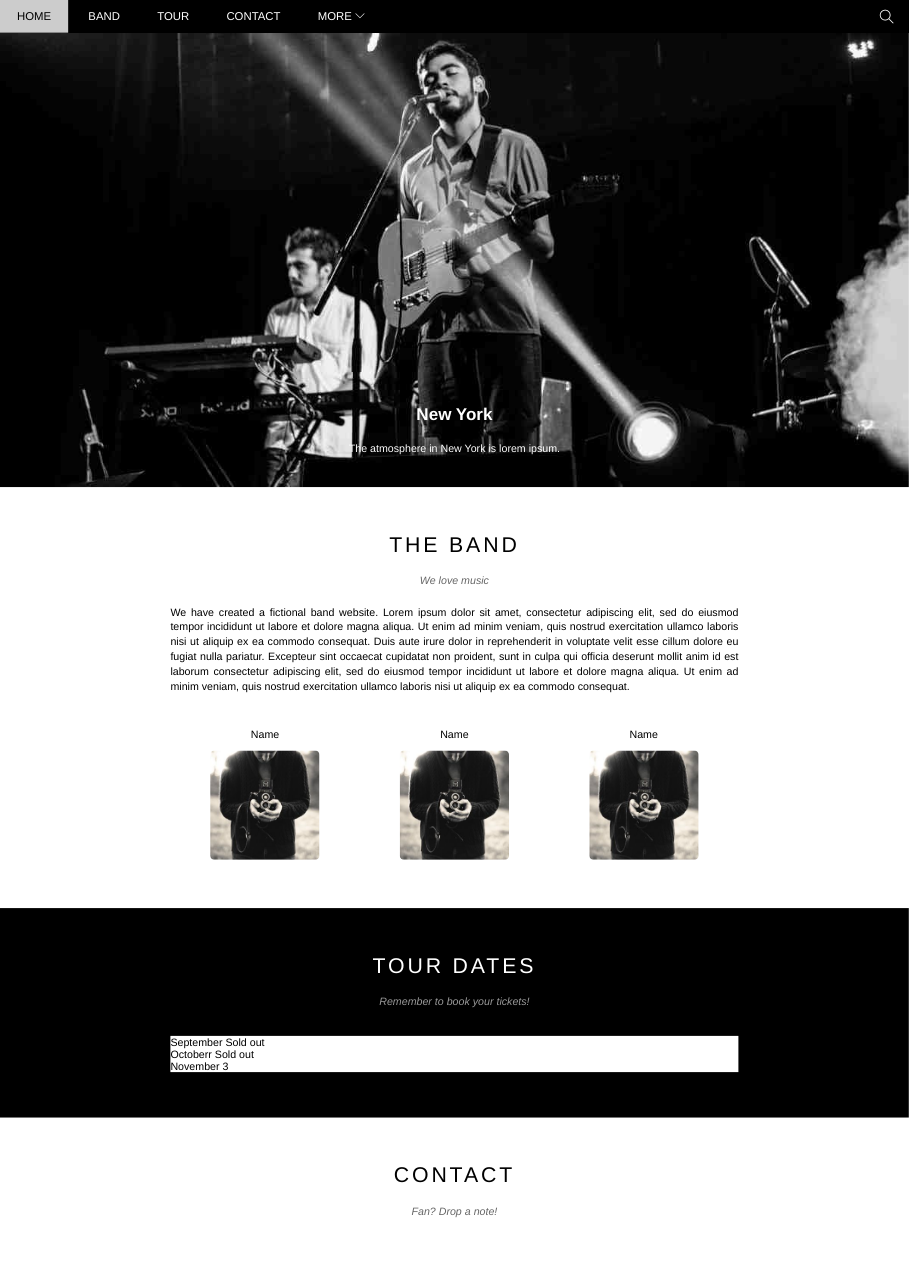
Repository: vophuocthanh/phuocthanhk03
Page: index.html
These files come from the project's save history. The page is drawn as it stood at one moment and after the next save; the edit follows.
The browser window is 1280 px wide. The pictures show the whole page, at 71% of full size.

Above is the page before, as saved 2022-03-24 23:37:01.

After the next save:
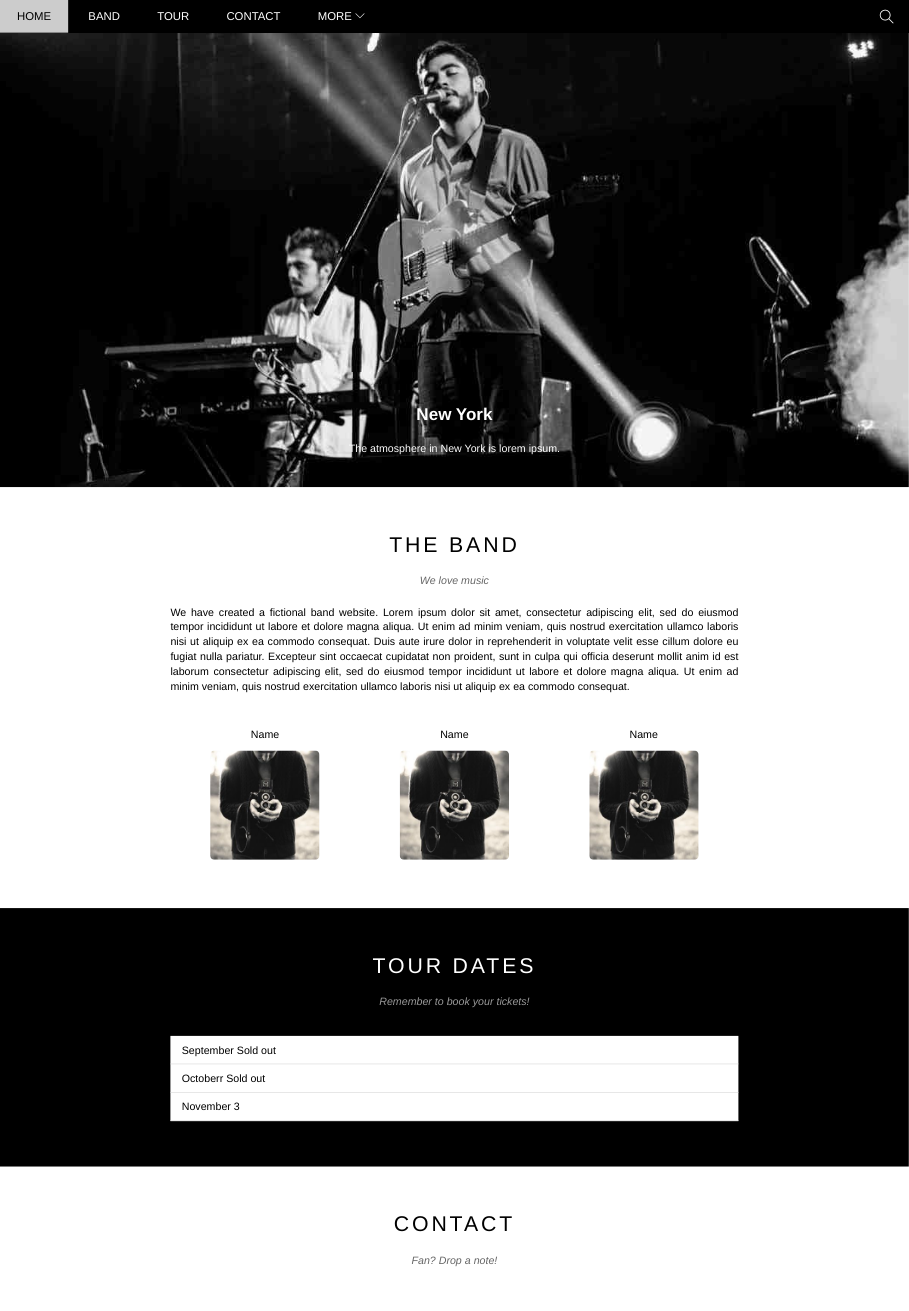
Saved 5 min 12 s later.
--- a/asset/css/style.css
+++ b/asset/css/style.css
@@ -210,6 +210,8 @@ html {
 
 .ticket-list li {
     font-size: 15px;
+    padding: 11px 16px;
+    border-bottom: 1px solid #ddd;
 }
 
 .ticket-list .sold-out {}
